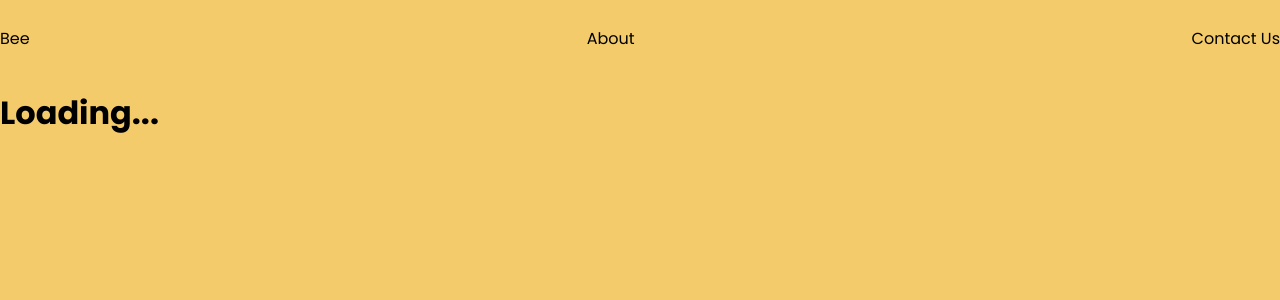
Repository: ble-syn/Random-user-generator-app
Page: /
An editor plug-in stored every save of this project. The page is shown before and after the next save, followed by the edit.
The browser window is 1280 px wide. The pictures show the whole page.
The page's requests for data from a server got no answer. The project was rebuilt for these pictures with package versions that can differ from the ones it lists, and the page was loaded fresh each time. No one was signed in, and anything a server would have sent is missing. Also part of the build but not shown: src/components/pagination.jsx, src/components/ErrorFallback.jsx, src/components/User.jsx, src/pages/About.jsx, src/pages/Policy.jsx, src/pages/Terms.jsx, src/pages/Contact.jsx, src/pages/NotFound.jsx.

Above is the page before, as saved 2022-10-28 18:15:24.

After the next save:
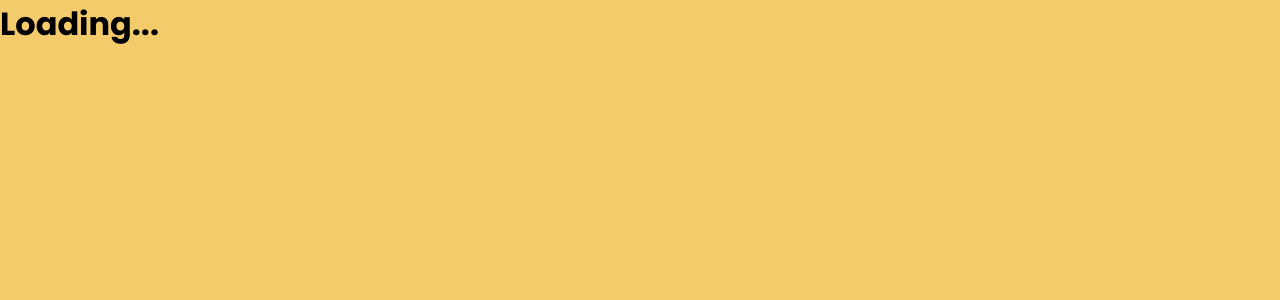
Saved 11 s later.
--- a/src/App.js
+++ b/src/App.js
@@ -11,7 +11,6 @@ function App() {
   return (
     <div className="container">
       <Router>
-      <Navbar />
         <Routes>
           <Route path="/" element={<Home />} />
           <Route path="/about" element={<About />}>
